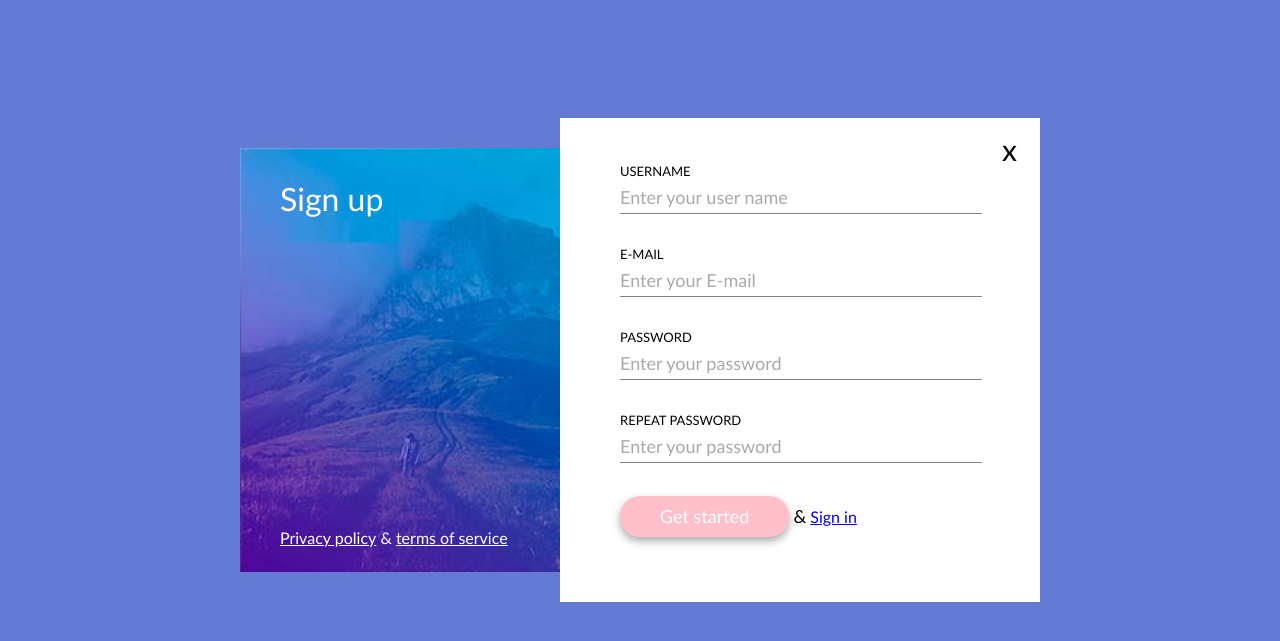
Repository: RugileG/registracijos-forma
Page: index.html
The author's editor kept a copy of each file at every save. The page is drawn from the files as they stood at one save, then again after the next save.
The browser window is 1280 px wide. The pictures show the whole page.

Above is the page before, as saved 2021-05-19 10:29:27.

After the next save:
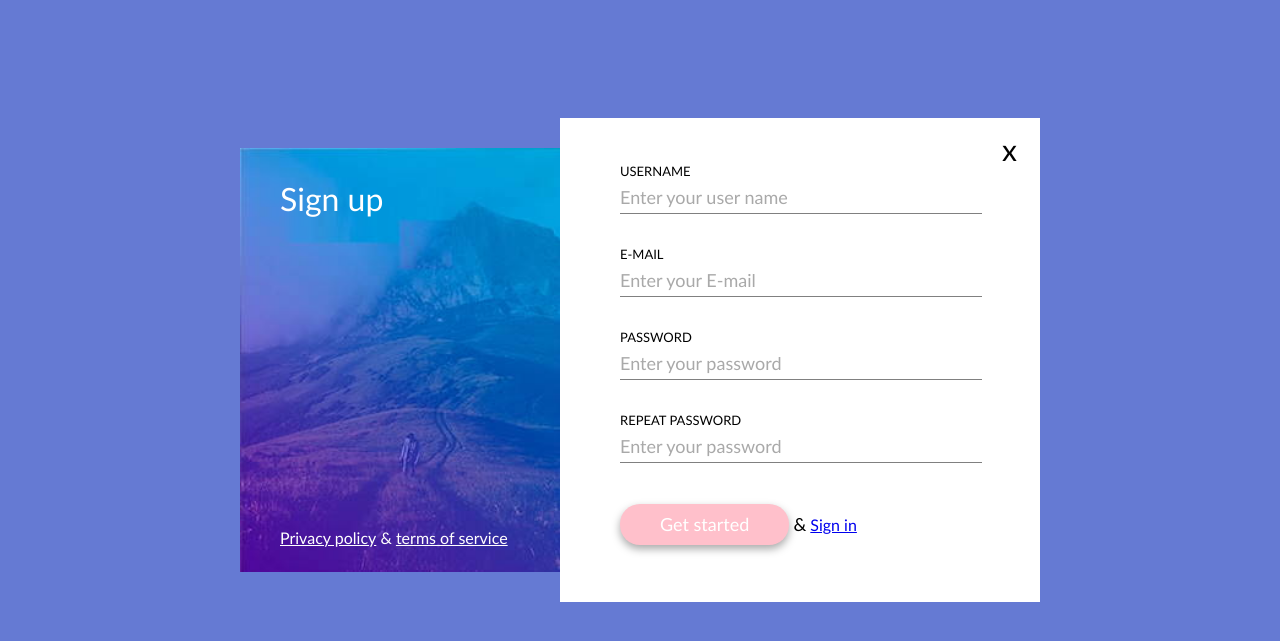
Saved 16 s later.
--- a/index.html
+++ b/index.html
@@ -78,6 +78,7 @@
         .right-column p {
             display: inline-block;
             font: normal normal normal 18px/21px Gill Sans MT;
+            color:
             margin: 0;
         }
 

After the 2 saves that followed:
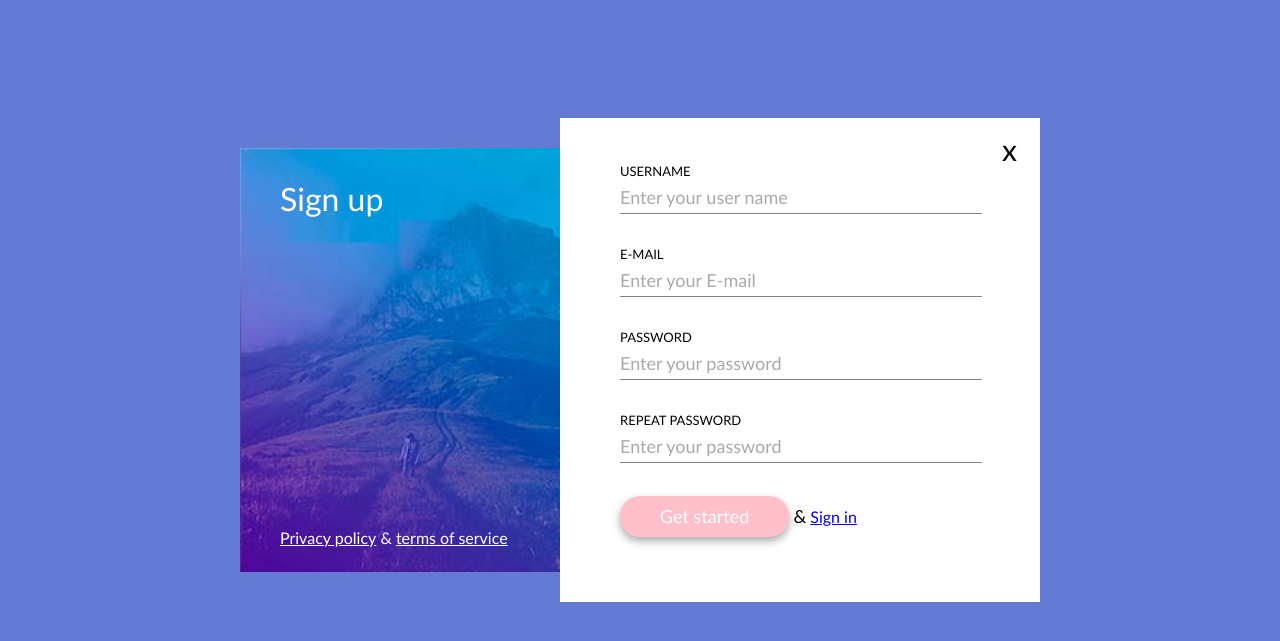
The 2 saves are shown as one change because they came seconds apart.
The last was saved 12 s later.
--- a/index.html
+++ b/index.html
@@ -78,7 +78,7 @@
         .right-column p {
             display: inline-block;
             font: normal normal normal 18px/21px Gill Sans MT;
-            color:
+            color: #000000;
             margin: 0;
         }
 
